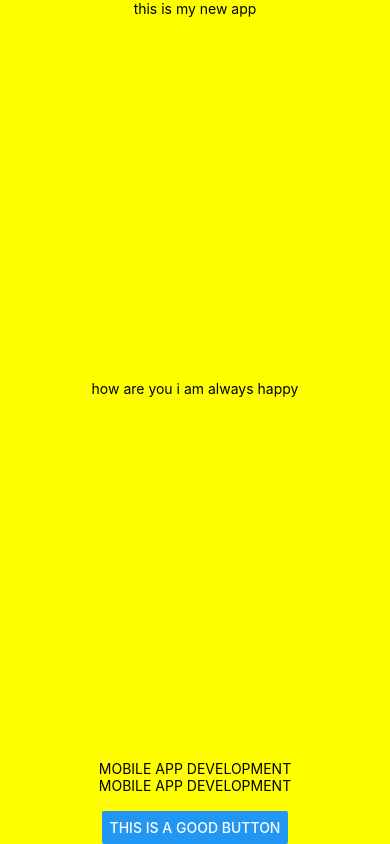
Repository: 2000-Nanayaw/MobileApp
Screen: /
An editor plug-in stored every save of this project. The screen is shown before and after the next save, followed by the edit.
The app was drawn by React Native's web renderer in a window 390 px wide. The project was rebuilt for these pictures with package versions that can differ from the ones it lists, and the page was loaded fresh each time.

Above is the screen before, as saved 2023-08-26 02:55:02.

### App.js
// import { StatusBar } from "expo-status-bar";
// import { Button, StyleSheet, Text, View, TextInput } from "react-native";

// function App() {
//   return (
//     <View style={styles.container}>
//       <View style={styles.container}>
//         <Text style={styles.color1}>SKY community school</Text>
//         <Button title="THIS IS MY NEW APP" />
//       </View>
//       <StatusBar style="auto" />
//     </View>
//   );
// }
// const styles = StyleSheet.create({
//   container: {
//     flex: 1,
//     backgroundColor: "steelblue",
//     alignItems: "center",
//     justifyContent: "center",
//   },
//   color1: {
//     color: "yellow",
//     backgroundColor: "red"
//   },
// });

// export default App;

import { StatusBar } from "expo-status-bar";
import { Button, Text, TextInput, View, StyleSheet } from "react-native";

function jsar() {
  return (

      <View style={style.container}>
        <Text style={{flex: 2}}>this is my new app</Text>
        <Text style={style.colors}>how are you i am always happy</Text>
        <Text>MOBILE APP DEVELOPMENT</Text>
        <Text>MOBILE APP DEVELOPMENT</Text>
        <TextInput title="MOBILE APP DEVELOPMENT" />
        <Button title="this is a good button" />


    </View>
  );
}
const style = StyleSheet.create({
container: {
  flex: 10,
  backgroundColor: "yellow",
  color: "white",
  alignItems: "center",
  justifyContent: "center",
},
colors:{
  flex: 2,
  backgroundColor: "yellow"

}
})
export default jsar;

After the next save:
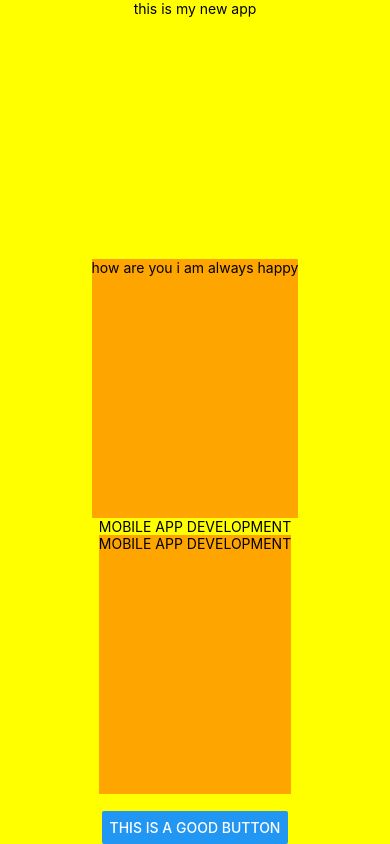
Saved 79 s later.
--- a/App.js
+++ b/App.js
@@ -37,7 +37,7 @@ function jsar() {
         <Text style={{flex: 2}}>this is my new app</Text>
         <Text style={style.colors}>how are you i am always happy</Text>
         <Text>MOBILE APP DEVELOPMENT</Text>
-        <Text>MOBILE APP DEVELOPMENT</Text>
+        <Text style={style.colors}>MOBILE APP DEVELOPMENT</Text>
         <TextInput title="MOBILE APP DEVELOPMENT" />
         <Button title="this is a good button" />
 
@@ -55,7 +55,7 @@ container: {
 },
 colors:{
   flex: 2,
-  backgroundColor: "yellow"
+  backgroundColor: "orange",
 
 }
 })
